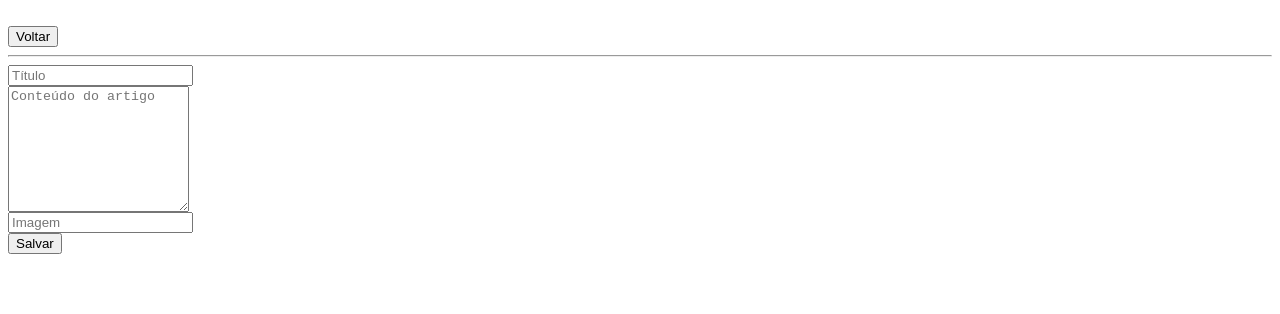
Repository: organicos/organicos.github.io
Page: partials/articles/article.html
The author's editor kept a record of every edit. The page is drawn from the files as they stood at one moment, then again after the next edit.
The browser window is 1280 px wide. The pictures show the whole page.

Above is the page before.

After the next edit:
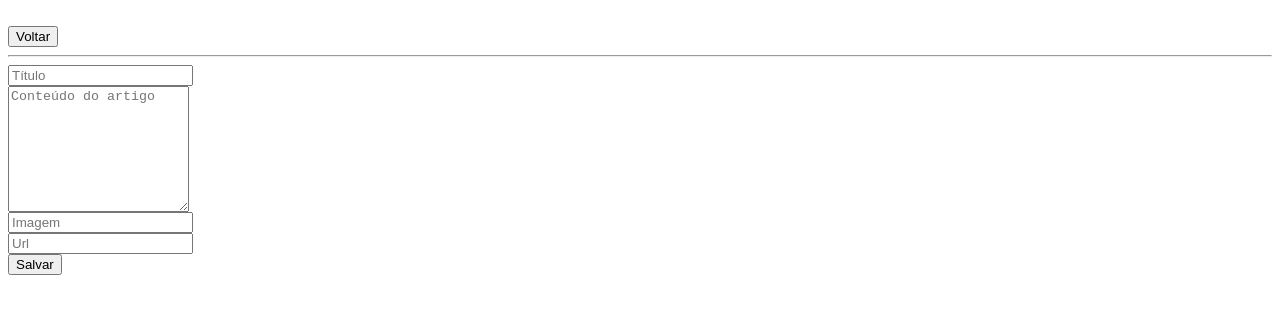
The edit:
--- a/partials/articles/article.html
+++ b/partials/articles/article.html
@@ -15,6 +15,9 @@
         <input class="form-control" type="text" ng-model="article.img" placeholder="Imagem">
     </div>
     <div class="form-group">
+        <input class="form-control" type="text" ng-model="article.encoded_url" placeholder="Url">
+    </div>
+    <div class="form-group">
         <button class="btn btn-success" type="submit" ng-model="title" placeholder="Título">Salvar</button>
     </div>
 </form>
